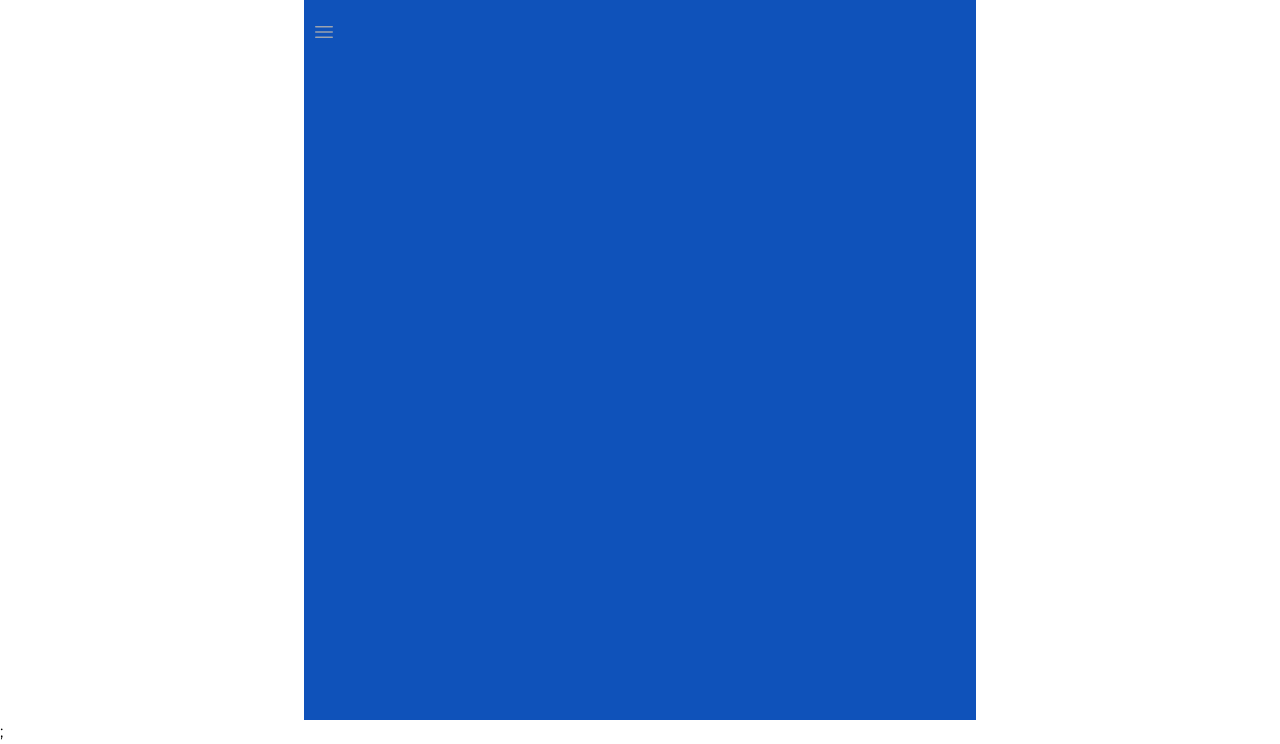
Repository: LuisSempre/mks
Page: /bar
The author's editor kept a copy of each file at every save. The page is drawn from the files as they stood at one save, then again after the next save.
The browser window is 1280 px wide. The pictures show the whole page.
The project was rebuilt for these pictures with package versions that can differ from the ones it lists, and the page was loaded fresh each time. The framework's server and built-in components were replaced by stand-ins that run in the browser. Also part of the build but not shown: next.config.js.

Above is the page before, as saved 2023-01-24 02:06:44.

### pages/_app.tsx
import "../styles/globals.css";
import type { AppProps } from "next/app";
import { Montserrat } from "@next/font/google";

const montserrat = Montserrat({
  subsets: ["latin"],
});

function MyApp({ Component, pageProps }: AppProps) {
  return (
    <div className={montserrat.className}>
      <Component {...pageProps} />;
    </div>
  );
}

export default MyApp;

### pages/bar.tsx
import { NextPage } from "next";
import SidebarCar from "../components/SidebarCar";

const Bar: NextPage = () => {
  return (
    <>
      <SidebarCar />
    </>
  );
};

export default Bar;

### components/SidebarCar.tsx
import { Disclosure } from "@headlessui/react";
import { Bars3Icon, XMarkIcon } from "@heroicons/react/24/outline";

const navigation = [
  { name: "Dashboard", href: "#", current: true },
  { name: "Team", href: "#", current: false },
  { name: "Projects", href: "#", current: false },
  { name: "Calendar", href: "#", current: false },
];

function classNames(...classes: string[]) {
  return classes.filter(Boolean).join(" ");
}

export default function Example() {
  return (
    <Disclosure
      as='nav'
      className='bg-[#0F52BA] h-screen max-w-2xl w-full m-auto'
    >
      {({ open }) => (
        <>
          <div className='relative flex items-center justify-between h-16'>
            <div className='inset-y-0 left-0 items-center sm:flex sm:absolute'>
              {/* Mobile menu button*/}
              <Disclosure.Button className='inline-flex items-center justify-center p-2 text-gray-400 rounded-md'>
                {open ? (
                  <XMarkIcon
                    className='items-end block w-6 h-6'
                    aria-hidden='true'
                  />
                ) : (
                  <Bars3Icon className='block w-6 h-6' aria-hidden='true' />
                )}
              </Disclosure.Button>
            </div>
          </div>

          <Disclosure.Panel className=''>
            <div className='px-2 pt-2 pb-3 space-y-1'>
              {navigation.map((item) => (
                <Disclosure.Button
                  key={item.name}
                  as='a'
                  href={item.href}
                  className={classNames(
                    item.current
                      ? "bg-gray-900 text-white"
                      : "text-gray-300 hover:bg-gray-700 hover:text-white",
                    "block px-3 py-2 rounded-md text-base font-medium",
                  )}
                  aria-current={item.current ? "page" : undefined}
                >
                  {item.name}
                </Disclosure.Button>
              ))}
            </div>
          </Disclosure.Panel>
        </>
      )}
    </Disclosure>
  );
}

Loaded but not shown: styles/globals.css (common file); tailwind.config.js (common file)

After the next save:
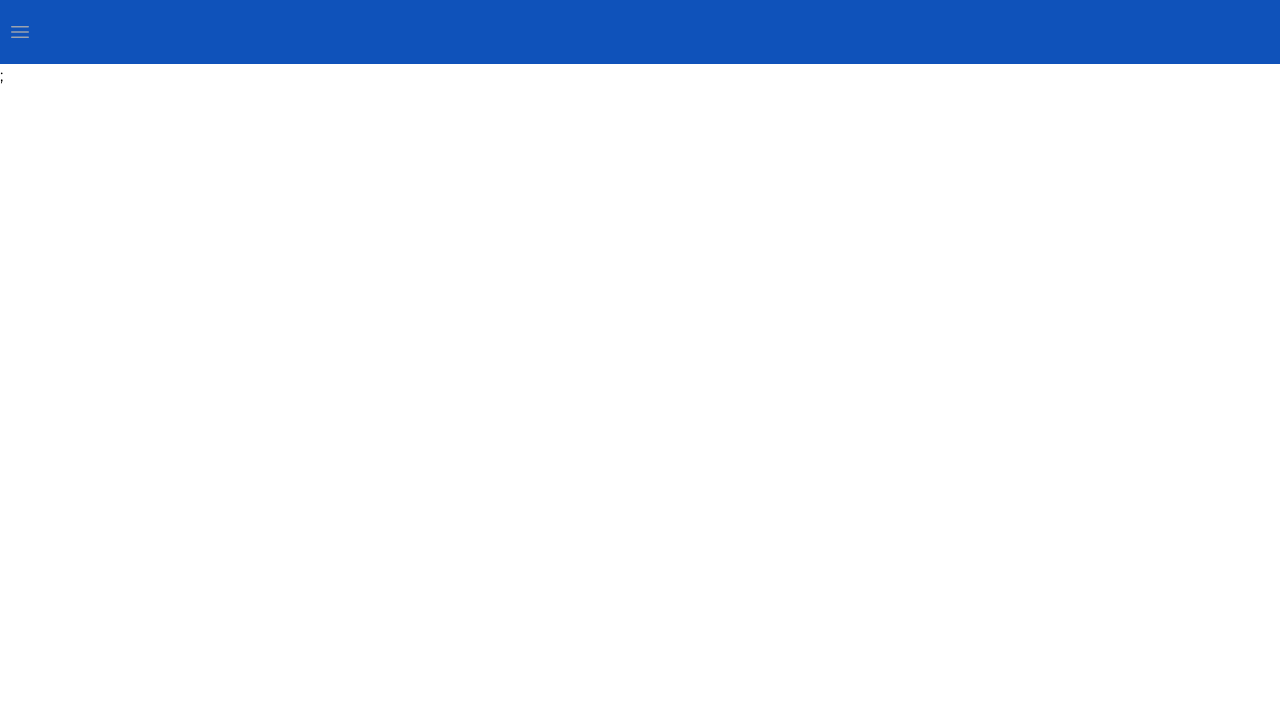
Saved 26 s later.
--- a/components/SidebarCar.tsx
+++ b/components/SidebarCar.tsx
@@ -14,10 +14,7 @@
 
 export default function Example() {
   return (
-    <Disclosure
-      as='nav'
-      className='bg-[#0F52BA] h-screen max-w-2xl w-full m-auto'
-    >
+    <Disclosure as='nav' className='bg-[#0F52BA]'>
       {({ open }) => (
         <>
           <div className='relative flex items-center justify-between h-16'>
